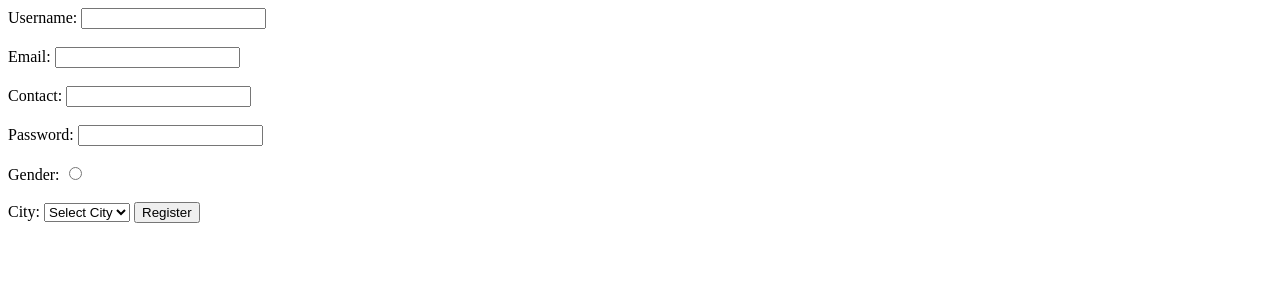
Repository: MD-1107/ISS_Assignment
Page: http://localhost/RegisterLogin/register.jsp
An editor plug-in stored every save of this project. The page is shown before and after the next save, followed by the edit.
The browser window is 1280 px wide. The pictures show the whole page.
The page is served by Tomcat 9. Other server files are loaded and not shown.

Above is the page before, as saved 2024-01-03 08:20:31.

### INTEGRATING CLIENT SIDE PROGRAMMING/RegisterLogin/src/main/webapp/register.jsp
<%@ page language="java" contentType="text/html; charset=UTF-8"
    pageEncoding="UTF-8"%>
<!DOCTYPE html>
<html>
<head>
<meta charset="UTF-8">
<title>Insert title here</title>
</head>
<body>
<form action="Register" method="post">
    Username: <input type="text" name="name"/> <br/> <br/>
    Email: <input type="email" name="email"/> <br/> <br/>
    Contact: <input type="text" name="contact"/> <br/> <br/>
    Password: <input type="password" name="password"/> <br/> <br/>
    Gender: <input type="radio" name="gender"/> <br/> <br/>
    City: <select>
          <option> Select City </option>
          <option> Delhi </option>
          <option> Mumbai </option>
          <option> Pune </option>
          <option> Bengalore </option>
    </select>

    <input type="submit" value="Register" />

</form>
</body>
</html>

After the next save:
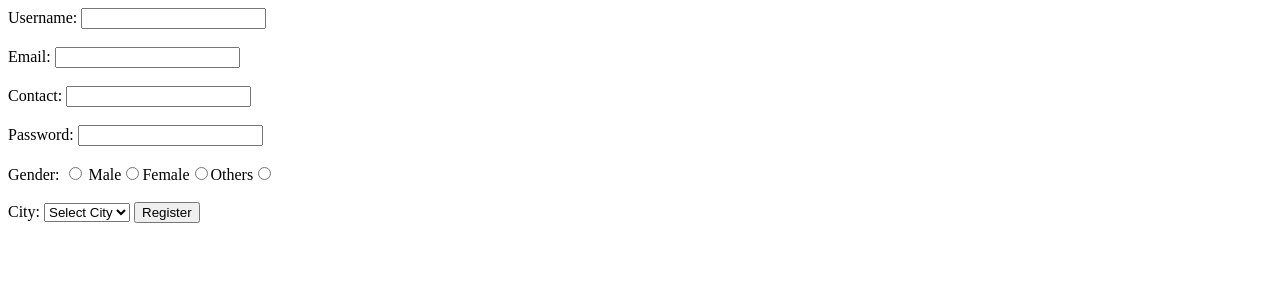
Saved 91 s later.
--- a/INTEGRATING CLIENT SIDE PROGRAMMING/RegisterLogin/src/main/webapp/register.jsp
+++ b/INTEGRATING CLIENT SIDE PROGRAMMING/RegisterLogin/src/main/webapp/register.jsp
@@ -12,7 +12,7 @@
     Email: <input type="email" name="email"/> <br/> <br/>
     Contact: <input type="text" name="contact"/> <br/> <br/>
     Password: <input type="password" name="password"/> <br/> <br/>
-    Gender: <input type="radio" name="gender"/> <br/> <br/>
+    Gender: <input type="radio" name="gender"/> Male<input type="radio" name="gender">Female<input type="radio" name="gender">Others<input type="radio" name="gender"><br/> <br/>
     City: <select>
           <option> Select City </option>
           <option> Delhi </option>
